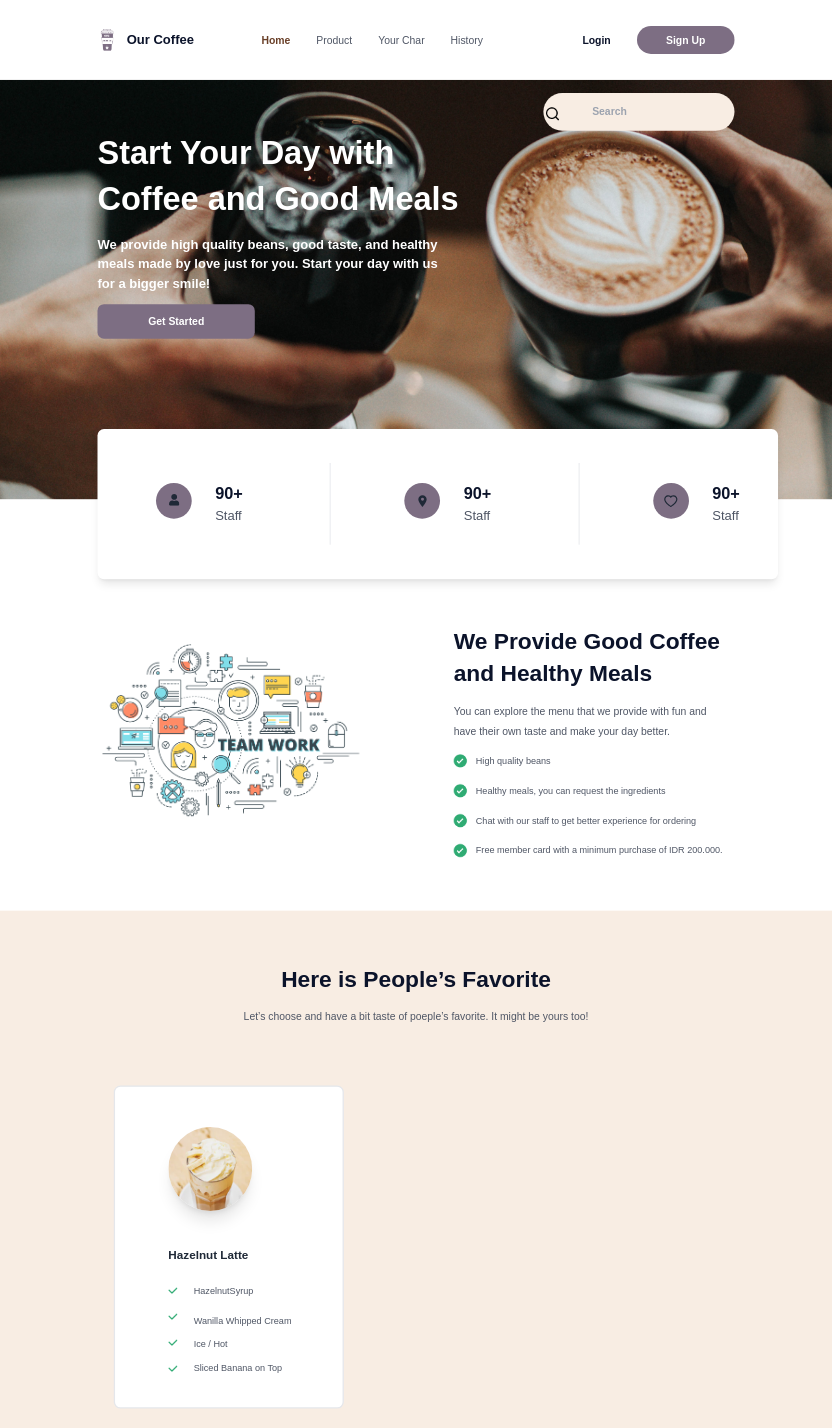
Repository: boykebn/fw12-collab2-FRONTEND
Page: / (app in our/)
An editor plug-in stored every save of this project. The page is shown before and after the next save, followed by the edit.
The browser window is 1280 px wide. The pictures show the whole page, at 65% of full size.
The project was rebuilt for these pictures with package versions that can differ from the ones it lists, and the page was loaded fresh each time. The framework's server and built-in components were replaced by stand-ins that run in the browser. Also part of the build but not shown: our/next.config.js.

Above is the page before, as saved 2022-12-30 23:14:42.

After the next save:
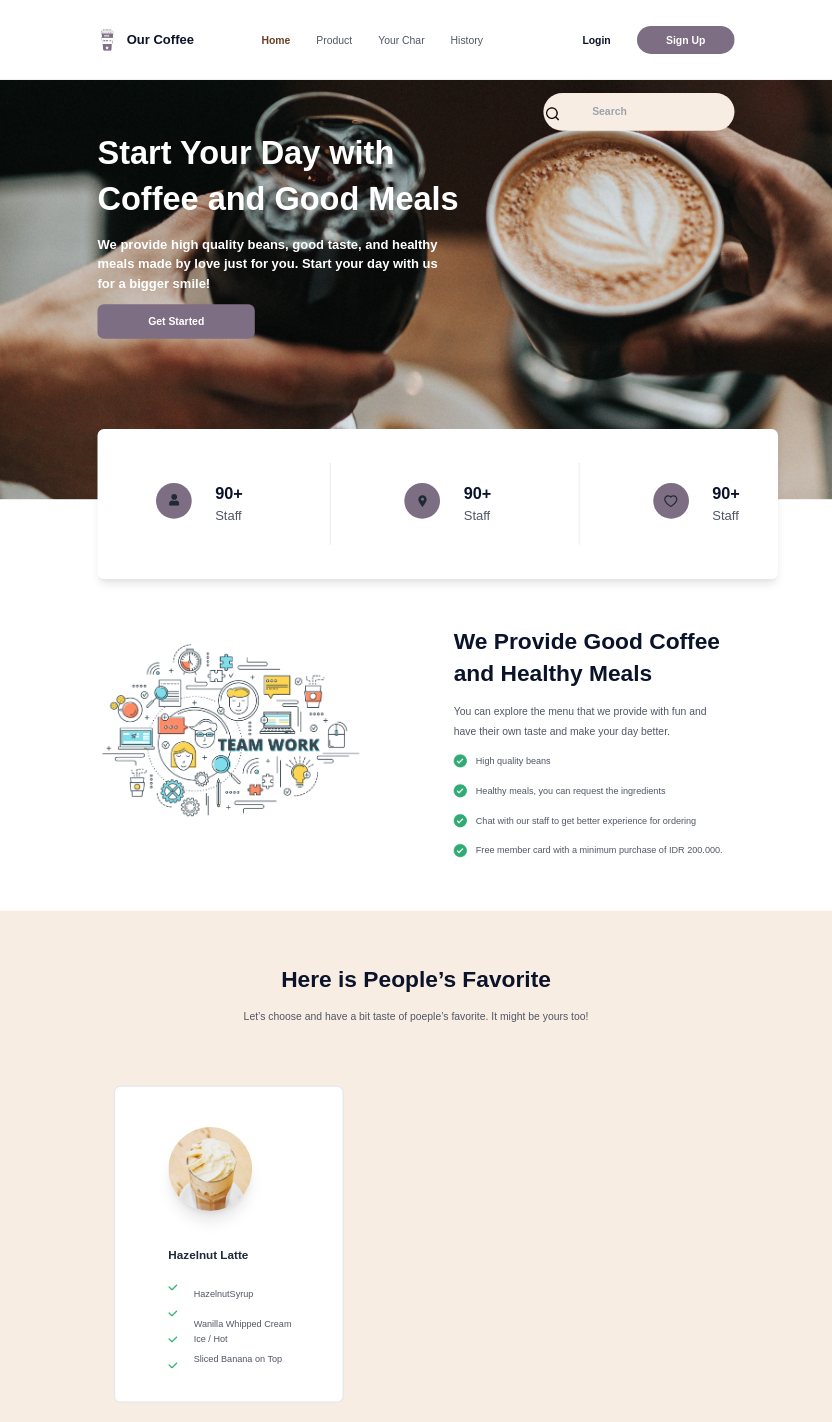
Saved 14 s later.
--- a/our/pages/index.js
+++ b/our/pages/index.js
@@ -131,8 +131,8 @@ export default function Home() {
               </div>
               <div className="text-[#4F5665] text-[14px]">
                 <p className="mb-[25px]">HazelnutSyrup</p>
-                <p className="mb-[15px]">Wanilla Whipped Cream</p>
-                <p className="mb-[15px]">Ice / Hot</p>
+                <p className="mb-[1px]">Wanilla Whipped Cream</p>
+                <p className="mb-[10px]">Ice / Hot</p>
                 <p>Sliced Banana on Top</p>
               </div>
             </div>
